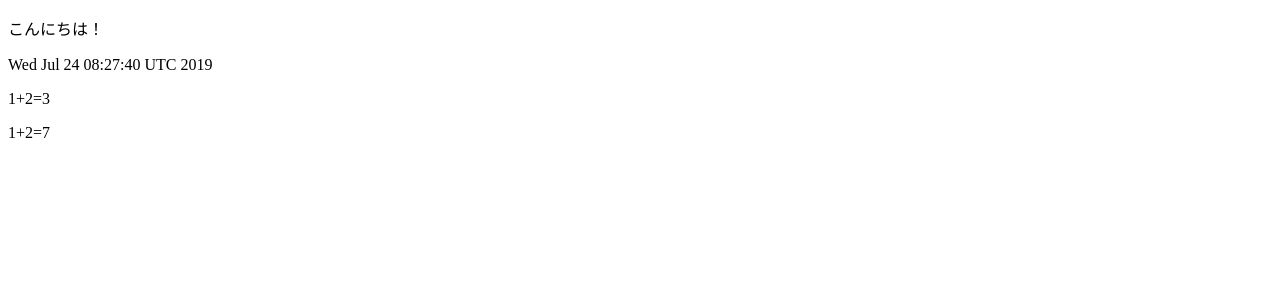
Repository: 0702tk/test
Page: http://localhost/HelloJSP/
These files come from the project's save history. The page is drawn as it stood at one moment and after the next save; the edit follows.
The browser window is 1280 px wide. The pictures show the whole page.
The page is served by Tomcat 9.

Above is the page before, as saved 2019-07-25 01:41:00.

### HelloJSP/WebContent/index.jsp
<%@ page language="java" contentType="text/html; charset=UTF-8"
    pageEncoding="UTF-8"%>
<!DOCTYPE html>
<html>
	<head>
	<meta charset="UTF-8">
	<title>TEST</title>
</head>

<body>
	<p>こんにちは！</p>
	<% out.println(new java.util.Date()); %>

	<%!
	int add(int a,int b){
		return a+b;
	}
	%>
	<p>1+2=<%= add(1,2) %></p>
	<p>1+2=<%= add(3,4) %></p>

	<%! int countA=0; %>
	<%
	int countB=0;
	countA++;
	countB++;
	%>
</body>
</html>

After the next save:
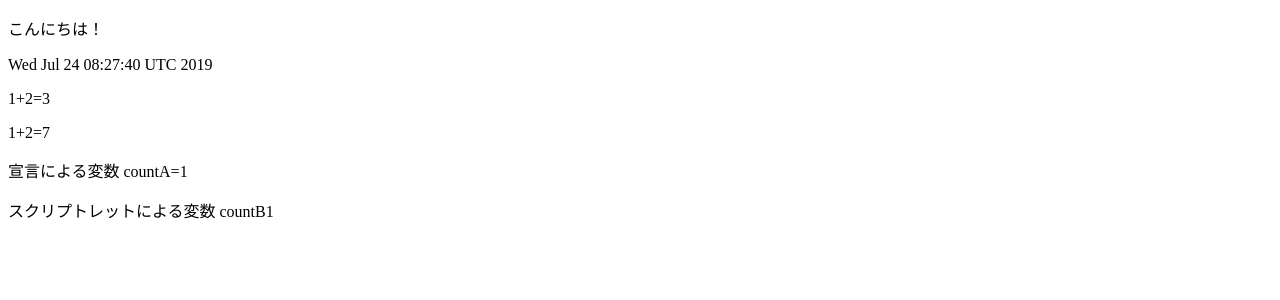
Saved 3 min 49 s later.
--- a/HelloJSP/WebContent/index.jsp
+++ b/HelloJSP/WebContent/index.jsp
@@ -25,5 +25,7 @@
 	countA++;
 	countB++;
 	%>
+	<p>宣言による変数 countA=<%=countA %></p>
+	<p>スクリプトレットによる変数 countB<%=countB %>
 </body>
 </html>
